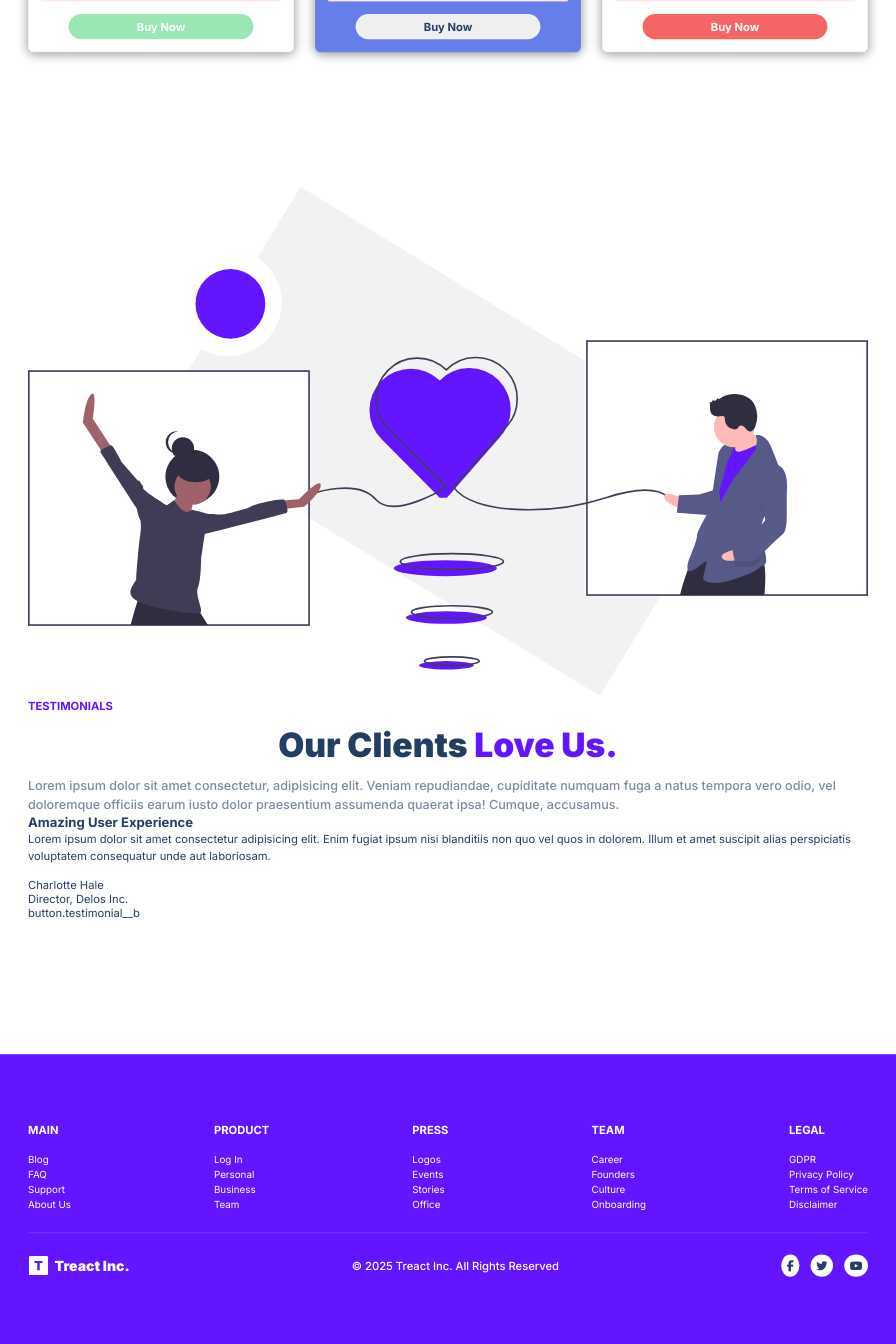
Repository: avivanguyen/m2_fianlProject
Page: index.html
The author's editor kept a copy of each file at every save. The page is drawn from the files as they stood at one save, then again after a run of saves.
The browser window is 1280 px wide. The pictures show the part of the page from y = 4410 to 6330 px (the page is 6330 px tall), at 70% of full size.
Some web libraries are served in a nearby version.

Above is the page before, as saved 2025-12-11 11:27:08.

### index.html
<!DOCTYPE html>
<html lang="en">
<head>
    <meta charset="UTF-8">
    <meta name="viewport" content="width=device-width, initial-scale=1.0">
    <title>Styling Project</title>
    <link rel="stylesheet" href="styles.css">
    <script src="https://kit.fontawesome.com/2588cf0bac.js" crossorigin="anonymous"></script>
    <script src="index.js"></script>
</head>
<body>
    <section id="landing">
        <nav>
            <div class="row nav__row">
                <div class="nav__logo">
                    <img src="./assets/logo.2c489fc453a1783cbadacf914efa3df6.svg" alt="logo" class="nav__logo--img">
                    <div class="nav__logo--title">
                        Treact
                    </div>
                </div>
                <div class="nav__links">
                    <a href="" class="nav__link">About</a>
                    <a href="" class="nav__link">Blog</a>
                    <a href="" class="nav__link">Pricing</a>
                    <a href="" class="nav__link">Contact Us</a>
                    <a href="" class="nav__link login">Login</a>
                    <a href="" class="nav__link nav__link--primary">Sign Up</a>
                </div>
                <button class="btn__menu" onclick="openMenu()">
                    <i class="fa-solid fa-bars"></i>
                </button>
                <div class="menu__backdrop">
                    <button class="btn__menu btn__menu--close" onclick="closeMenu()">
                            <i class="fa-solid fa-x"></i>
                        </button>
                    <ul class="menu__links">
                        <li class="menu__list"><a href="" class="menu__link"></a>About</li>
                        <li class="menu__list"><a href="" class="menu__link"></a>Blog</li>
                        <li class="menu__list"><a href="" class="menu__link"></a>Pricing</li>
                        <li class="menu__list"><a href="" class="menu__link"></a>Contact Us</li>
                        <li class="menu__list"><a href="" class="menu__link"></a>Login</li>
                        <li class="menu__list nav__link--primary"><a href="" class="menu__link"></a>Sign Up</li>
                    </ul>
                </div>
            </div>
        </nav>

        <header class="container">
            <div class="row">
                <div class="header__description">
                    <h1>
                        Beautiful React Templates <span class="purple">for you.</span>
                    </h1>
                    <div class="header__description--para">
                        Our templates are easy to setup, understand and customize. Fully modular components with a variety of pages and components.
                    </div>
                    <div class="header__email">
                        <input type="text" class="header__email--input" placeholder="Your E-mail Address">
                        <button class="header__email--btn">Get Started</button>
                    </div>
                    <p class="header__customers--title">OUR TRUSTED CUSTOMERS</p>
                    <img src="./assets/customers-logo-strip.680ac7c2e8ae28161d2c.png" class="header__customers" alt="logos">
                </div>

                <figure class="header__img--wrapper">
                    <img src="./assets/design-illustration-2.6da6a00b20c07c4a9b65d1870679e1b8.svg" alt="hero image" class="header__img">
                </figure>
            </div>
        </header>
    </section>

    <main>
        <section id="features">
            <div class="container">
                <div class="row">
                    <h4 class="section__tag">FEATURES</h4>
                    <h2 class="section__title">
                        We Have Amazing <span class="purple">Service.</span>
                    </h2>
                    <div class="section__para">
                        Lorem ipsum dolor sit amet consectetur adipisicing elit. Maxime facilis assumenda architecto aliquam. Consequatur vero dolorum ut aspernatur quae beatae voluptates quam, nulla assumenda doloremque voluptatum laboriosam dolor unde rem.
                    </div>
                    <div class="features">
                        <div class="feature__row">
                            <figure class="feature__img--wrapper">
                                <img src="./assets/shield-icon.daefe14b320b14fbd9cbd18908ac93ec.svg" alt="" class="feature__img">
                            </figure>
                            <div class="feature__text">
                                <h2 class="feature__title">Secure</h2>
                                <p class="feature__para">
                                    Lorem ipsum dolor sit amet consectetur adipisicing elit. Ea veritatis delectus nihil maxime ipsam hic odio reprehenderit error.
                                </p>
                            </div>
                        </div>
                        <div class="feature__row">
                            <figure class="feature__img--wrapper">
                                <img src="./assets/support-icon.f9253ffa8cb6ffde5bbaa05eb5136375.svg" alt="" class="feature__img">
                            </figure>
                            <div class="feature__text">
                                <h2 class="feature__title">24/7 Support</h2>
                                <p class="feature__para">
                                    Lorem ipsum dolor sit amet consectetur adipisicing elit. Ea veritatis delectus nihil maxime ipsam hic odio reprehenderit error.
                                </p>
                            </div>
                        </div>
                        <div class="feature__row">
                            <figure class="feature__img--wrapper">
                                <img src="./assets/customize-icon.367468c90fd796009b97fbfba67b2c6a.svg" alt="" class="feature__img">
                            </figure>
                            <div class="feature__text">
                                <h2 class="feature__title">Customizable</h2>
                                <p class="feature__para">
                                    Lorem ipsum dolor sit amet consectetur adipisicing elit. Ea veritatis delectus nihil maxime ipsam hic odio reprehenderit error.
                                </p>
                            </div>
                        </div>
                        <div class="feature__row">
                            <figure class="feature__img--wrapper">
                                <img src="./assets/reliable-icon.1367510a8f0a1bec76dc425d25f92f43.svg" alt="" class="feature__img">
                            </figure>
                            <div class="feature__text">
                                <h2 class="feature__title">Reliable</h2>
                                <p class="feature__para">
                                    Lorem ipsum dolor sit amet consectetur adipisicing elit. Ea veritatis delectus nihil maxime ipsam hic odio reprehenderit error.
                                </p>
                            </div>
                        </div>
                        <div class="feature__row">
                            <figure class="feature__img--wrapper">
                                <img src="./assets/fast-icon.dbb971a73d4805d2fc3bcdacdb55beba.svg" alt="" class="feature__img">
                            </figure>
                            <div class="feature__text">
                                <h2 class="feature__title">Fast</h2>
                                <p class="feature__para">
                                    Lorem ipsum dolor sit amet consectetur adipisicing elit. Ea veritatis delectus nihil maxime ipsam hic odio reprehenderit error.
                                </p>
                            </div>
                        </div>
                        <div class="feature__row">
                            <figure class="feature__img--wrapper">
                                <img src="./assets/simple-icon.673b7e1750b2a4ef32907fc164828d00.svg" alt="" class="feature__img">
                            </figure>
                            <div class="feature__text">
                                <h2 class="feature__title">Easy</h2>
                                <p class="feature__para">
                                    Lorem ipsum dolor sit amet consectetur adipisicing elit. Ea veritatis delectus nihil maxime ipsam hic odio reprehenderit error.
                                </p>
                            </div>
                        </div>
                    </div>
                </div>
            </div>
        </section>

        <section id="quality">
            <div class="container">
                <div class="row">
                    <div class="quality__description">
                        <div class="section__tag">QUALITY WORK</div>
                        <h2 class="section__title">Designed & Developed by <span class="purple">Professionals.</span> </h2>
                        <p class="section__para">
                            Lorem ipsum dolor sit amet consectetur adipisicing elit. Quibusdam nihil dolorem temporibus accusantium nulla fuga natus! Eveniet assumenda, quia unde alias accusamus, placeat magni quasi, neque voluptas voluptatibus sint optio!
                        </p>
                        <button class="btn">Learn More</button>
                    </div>
                    <figure class="quality__img--wrapper">
                        <img src="./assets/hero-screenshot-1.40a097b525c2f8c9808e.png" class="quality__img" alt="">
                    </figure>
                </div>
            </div>
        </section>

        <section id="steps">
            <div class="container">
                <div class="row">
                    <figure class="steps__img--wrapper">
                        <img src="./assets/hero-screenshot-2.241aac1fbc66db29d873.png" class="steps__img" alt="">
                    </figure>
                    <div class="steps__description">
                        <div class="section__tag">STEPS</div>
                        <h2 class="section__title">Easy to <span class="purple">Get Started.</span> </h2>
                        <div class="steps__list">
                            <div class="step">
                                <div class="step__number">01</div>
                                <div class="step__description">
                                    <div class="step__title">Register</div>
                                    <div class="step__para">Create an account with us using Google or Facebook.</div>
                                </div>
                            </div>
                            <div class="step">
                                <div class="step__number">02</div>
                                <div class="step__description">
                                    <div class="step__title">Download</div>
                                    <div class="step__para">Browse and Download the template that you like from the marketplace.</div>
                                </div>
                            </div>
                            <div class="step">
                                <div class="step__number">03</div>
                                <div class="step__description">
                                    <div class="step__title">Run</div>
                                    <div class="step__para">Follow the instructions to setup and customize the template to your needs.</div>
                                </div>
                            </div>
                        </div>
                    </div>
                </div>
            </div>
        </section>

        <section id="values">
            <div class="container">
                <div class="row">
                    <div class="values__description">
                        <div class="section__tag">VALUES</div>
                        <h2 class="section__title">
                            We Always Abide by Our <span class="purple">Principles.</span>
                        </h2>
                        <div class="section__para">
                            Lorem ipsum, dolor sit amet consectetur adipisicing elit. Dicta quasi aspernatur voluptatem aliquid maxime totam voluptas odit, magni aperiam qui distinctio corporis eveniet, laborum a vero fuga. Impedit, quibusdam officiis?
                        </div>
                        <div class="values__list">
                            <div class="value">
                                <div class="value__title">
                                    <figure class="value__img--wrapper1">
                                        <i class="fa-solid fa-dollar-sign"></i>
                                    </figure>
                                    <div class="value__name">Affordable</div>
                                </div>
                                <div class="value__para">We promise to offer you the best rare we can - at par with the industry standard.</div>
                            </div>
                            <div class="value">
                                <div class="value__title">
                                    <figure class="value__img--wrapper2">
                                        <i class="fa-solid fa-suitcase"></i>
                                    </figure>
                                    <div class="value__name">Professionalism</div>
                                </div>
                                <div class="value__para">We assure you that our templates are designed and created by professional designers.</div>
                            </div>
                        </div>
                        <button class="btn">Learn More</button>
                    </div>
                    <img src="./assets/prototype-illustration.21bc4b3f612a2f257c3d361067582485.svg" class="values__img" alt="">
                </div>
            </div>
        </section>

        <section id="pricing">
            <div class="container">
                <div class="row">
                    <div class="section__tag">Pricing</div>
                    <h2 class="section__title">Reasonable & Flexible <span class="purple">Plans.</span></h2>
                    <div class="section__para">
                        Lorem ipsum dolor sit amet consectetur adipisicing elit. Et minus, quia libero eos ab velit placeat inventore ipsam explicabo. Sint quidem tenetur amet officiis harum animi iste quo delectus itaque?
                    </div>
                    <div class="plans">
                        <div class="plan">
                            <div class="plan__stripe"></div>
                            <div class="plan__top">
                                <div class="plan__name">PERSONAL</div>
                                <div class="plan__price">$17.99</div>
                                <div class="plan__duration">MONTHLY</div>
                            </div>
                            <div class="plan__middle">
                                <div class="plan__target">For Individuals</div>
                                <p class="plan__feature">30 Templates</p>
                                <p class="plan__feature">7 Landing Pages</p>
                                <p class="plan__feature">12 Internal Pages</p>
                                <p class="plan__feature">Basic Assistance</p>
                            </div>
                            <div class="plan__bottom">
                                <button class="plan__button">Buy Now</button>
                            </div>
                        </div>
                        <div class="plan">
                            <div class="plan__stripe"></div>
                            <div class="plan__top">
                                <div class="plan__name">BUSINESS</div>
                                <div class="plan__price">$37.99</div>
                                <div class="plan__duration">MONTHLY</div>
                            </div>
                            <div class="plan__middle">
                                <div class="plan__target">For Small Businesses</div>
                                <p class="plan__feature">60 Templates</p>
                                <p class="plan__feature">15 Landing Pages</p>
                                <p class="plan__feature">22 Internal Pages</p>
                                <p class="plan__feature">Priority Assistance</p>
                            </div>
                            <div class="plan__bottom">
                                <button class="plan__button">Buy Now</button>
                            </div>
                        </div>
                        <div class="plan">
                            <div class="plan__stripe"></div>
                            <div class="plan__top">
                                <div class="plan__name">ENTERPRISE</div>
                                <div class="plan__price">$57.99</div>
                                <div class="plan__duration">MONTHLY</div>
                            </div>
                            <div class="plan__middle">
                                <div class="plan__target">For Large Companies</div>
                                <p class="plan__feature">90 Templates</p>
                                <p class="plan__feature">27 Landing Pages</p>
                                <p class="plan__feature">37 Internal Pages</p>
                                <p class="plan__feature">Personal Assistance</p>
                            </div>
                            <div class="plan__bottom">
                                <button class="plan__button">Buy Now</button>
                            </div>
                        </div>
                    </div>
                </div>
            </div>
        </section>

        <section id="testimonials">
            <div class="container">
                <div class="row">
                    <figure>
                        <img src="./assets/love-illustration.c759090fa833369ad6ffb6eb19cacb3e.svg" class="testimonials__img" alt="">
                    </figure>
                    <div class="testimonials__description">
                        <div class="section__tag">TESTIMONIALS</div>
                        <div class="section__title">Our Clients <span class="purple">Love Us.</span></div>
                        <div class="section__para">Lorem ipsum dolor sit amet consectetur, adipisicing elit. Veniam repudiandae, cupiditate numquam fuga a natus tempora vero odio, vel doloremque officiis earum iusto dolor praesentium assumenda quaerat ipsa! Cumque, accusamus.</div>
                        <div class="testimonial">
                            <div class="testimonial__rating"></div>
                            <h3 class="testimonial__title">Amazing User Experience</h3>
                            <p class="testimonail__para">Lorem ipsum dolor sit amet consectetur adipisicing elit. Enim fugiat ipsum nisi blanditiis non quo vel quos in dolorem. Illum et amet suscipit alias perspiciatis voluptatem consequatur unde aut laboriosam.</p>
                            <div class="testimonial__bottom">
                               <div class="testimonial__profile">
                                    <img src="" class="testimonial__img" alt="">
                                    <div class="testimonial__details">
                                        <div class="testimonial__name">Charlotte Hale</div>
                                        <div class="testimonial__role">Director, Delos Inc.</div>
                                    </div>
                                <div class="testimonial__buttons">
                                    button.testimonial__b
                                </div>
                               </div>
                            </div>
                        </div>
                    </div>
                </div>
            </div>
        </section>
    </main>

    <footer>
        <div class="row footer__row">
            <div class="footer__columns">
                <div class="footer__column">
                    <div class="footer__column--title">MAIN</div>
                    <a href="" class="footer__column--link">Blog</a>
                    <a href="" class="footer__column--link">FAQ</a>
                    <a href="" class="footer__column--link">Support</a>
                    <a href="" class="footer__column--link">About Us</a>
                </div>
                <div class="footer__column">
                    <div class="footer__column--title">PRODUCT</div>
                    <a href="" class="footer__column--link">Log In</a>
                    <a href="" class="footer__column--link">Personal</a>
                    <a href="" class="footer__column--link">Business</a>
                    <a href="" class="footer__column--link">Team</a>
                </div>
                <div class="footer__column">
                    <div class="footer__column--title">PRESS</div>
                    <a href="" class="footer__column--link">Logos</a>
                    <a href="" class="footer__column--link">Events</a>
                    <a href="" class="footer__column--link">Stories</a>
                    <a href="" class="footer__column--link">Office</a>
                </div>
                <div class="footer__column">
                    <div class="footer__column--title">TEAM</div>
                    <a href="" class="footer__column--link">Career</a>
                    <a href="" class="footer__column--link">Founders</a>
                    <a href="" class="footer__column--link">Culture</a>
                    <a href="" class="footer__column--link">Onboarding</a>
                </div>
                <div class="footer__column">
                    <div class="footer__column--title">LEGAL</div>
                    <a href="" class="footer__column--link">GDPR</a>
                    <a href="" class="footer__column--link">Privacy Policy</a>
                    <a href="" class="footer__column--link">Terms of Service</a>
                    <a href="" class="footer__column--link">Disclaimer</a>
                </div>
            </div>
            <div class="footer__divider"></div>
            <div class="footer__bottom">
                <a href="#" class="footer__logo">
                    <img src="./assets/logo-light.d9a5d1b5be5ea077b26864fdfc2e96a4.svg" class="footer__logo--img" alt="">
                    <h5 class="footer__logo--text">Treact Inc.</h5>
                </a>
                <div class="footer__copyright">© 2025 Treact Inc. All Rights Reserved</div>
                <div class="footer__socials">
                    <a href="" class="footer__social--link" alt="Facebook icon"><i class="fa-brands fa-facebook-f"></i></a>
                    <a href="" class="footer__social--link" alt="Twitter icon"><i class="fa-brands fa-twitter"></i></a>
                    <a href="" class="footer__social--link" alt="Youtube icon"><i class="fa-brands fa-youtube"></i></a>
                </div>
            </div>
        </div>
    </footer>
</body>
</html>

Loaded but not shown: index.js (7 lines, source omitted); styles.css (1151 lines, source omitted)

After the next 2 saves:
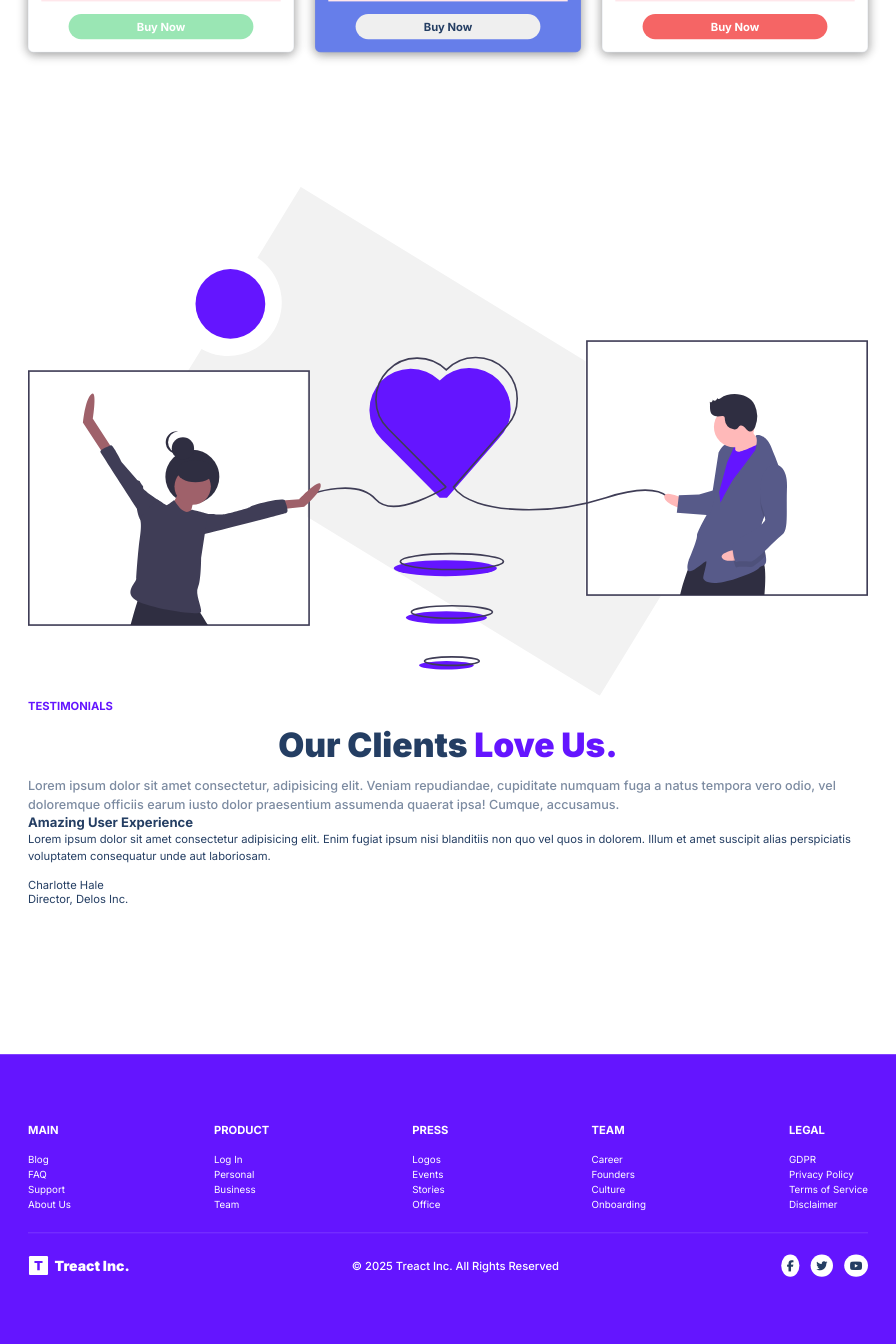
The 2 saves are shown as one change because they came seconds apart.
The last was saved 11 s later.
--- a/index.html
+++ b/index.html
@@ -335,7 +335,7 @@
                                         <div class="testimonial__role">Director, Delos Inc.</div>
                                     </div>
                                 <div class="testimonial__buttons">
-                                    button.testimonial__b
+                                    <button class="testimonial__button"></button>
                                 </div>
                                </div>
                             </div>
